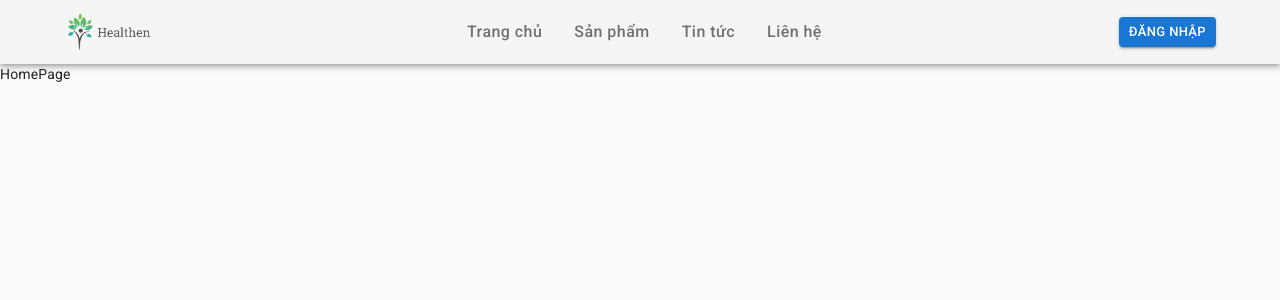
Repository: ndtrung341/Bao_Cao_PTW
Page: / (app in client/)
An editor plug-in stored every save of this project. The page is shown before and after the next save, followed by the edit.
The browser window is 1280 px wide. The pictures show the whole page.
The project was rebuilt for these pictures with package versions that can differ from the ones it lists, and the page was loaded fresh each time. Also part of the build but not shown: client/src/App.css, client/src/features/cart/index.jsx.

Above is the page before, as saved 2022-03-24 14:54:47.

After the next save:
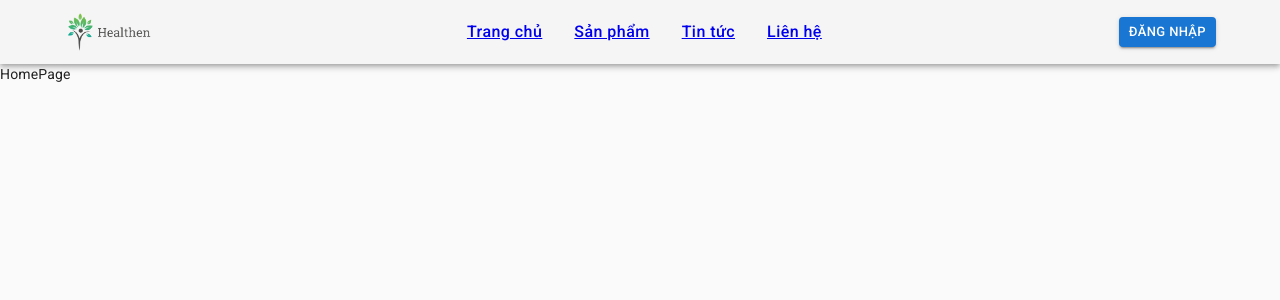
Saved 24 s later.
--- a/client/src/components/Header/HeaderMenu.jsx
+++ b/client/src/components/Header/HeaderMenu.jsx
@@ -3,6 +3,7 @@
 import MenuIcon from '@mui/icons-material/Menu';
 import { NAV_LINKS } from 'constants';
 import { makeStyles } from '@material-ui/core';
+import { NavLink } from 'react-router-dom';
 
 const useStyles = makeStyles((theme) => ({
    menu: {
@@ -76,7 +77,7 @@
          <Box sx={{ flexGrow: 1, flexShrink: 0, display: { xs: 'none', md: 'flex' } }} className={classes.menu}>
             {NAV_LINKS.map((item) => (
                <Button key={item.name} onClick={handleCloseNavMenu}>
-                  {item.name}
+                  <NavLink to={item.path}>{item.name}</NavLink>
                </Button>
             ))}
          </Box>
